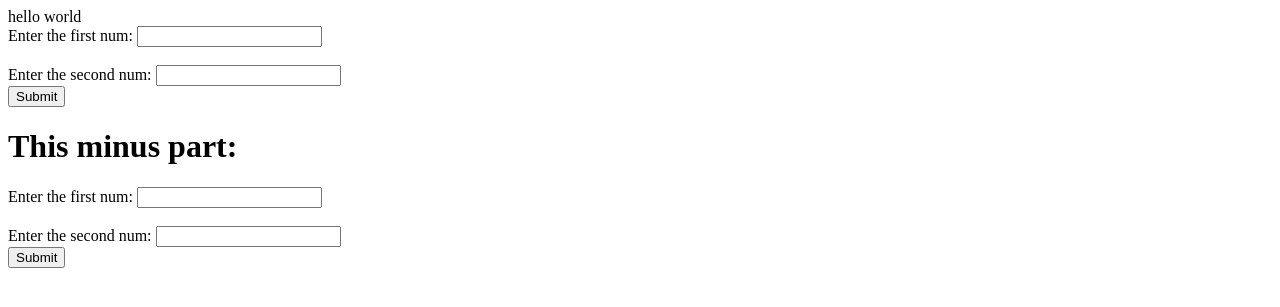
Repository: shakil51298/JSP_PROJECT
Page: DemoProject/src/main/webapp/index.html
These files come from the project's save history. The page is drawn as it stood at one moment and after the next save; the edit follows.
The browser window is 1280 px wide. The pictures show the whole page.

Above is the page before, as saved 2022-02-28 16:17:05.

### DemoProject/src/main/webapp/index.html
<!DOCTYPE html>
<html>
<body>
hello world
<form action="add">
Enter the first num: <input type="text" name="num1"/> <br/>
<br/>
Enter the second num: <input type="text" name="num2"/>
<br/>
<input type ="submit">
</form>
 <h1>This minus part: </h1>
<form action="minus">
Enter the first num: <input type="text" name="num1"/> <br/>
<br/>
Enter the second num: <input type="text" name="num2"/>
<br/>
<input type ="submit">
</form>
</body>
</html>

After the next save:
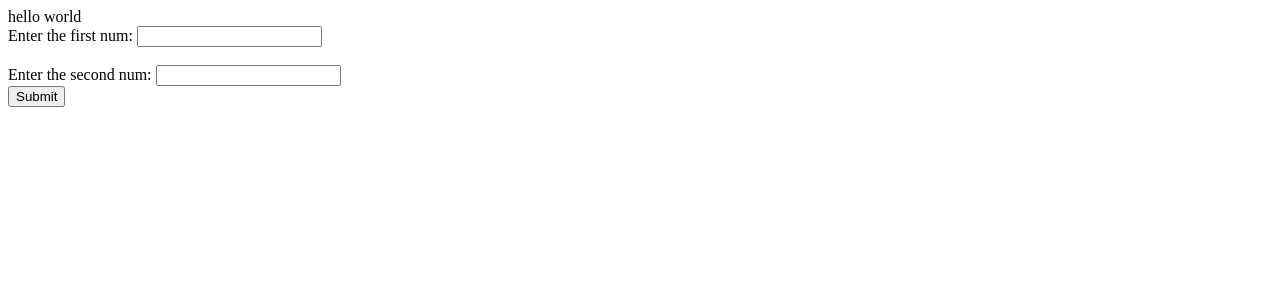
Saved 4 s later.
--- a/DemoProject/src/main/webapp/index.html
+++ b/DemoProject/src/main/webapp/index.html
@@ -9,13 +9,5 @@ Enter the second num: <input type="text" name="num2"/>
 <br/>
 <input type ="submit">
 </form>
- <h1>This minus part: </h1>
-<form action="minus">
-Enter the first num: <input type="text" name="num1"/> <br/>
-<br/>
-Enter the second num: <input type="text" name="num2"/>
-<br/>
-<input type ="submit">
-</form>
 </body>
 </html>
